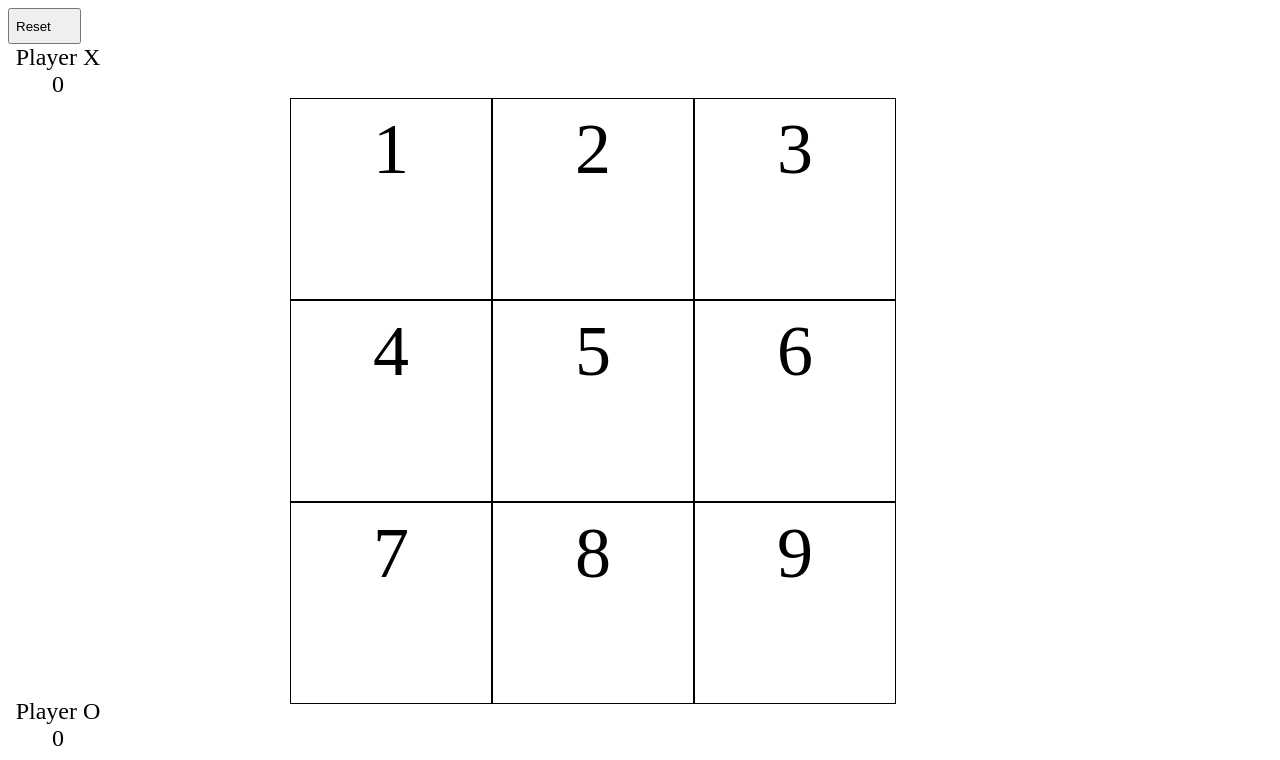
Repository: woodsdeshe/Tic-Tac-Toe
Page: index.html
An editor plug-in stored every save of this project. The page is shown before and after a run of saves, followed by the edit.
The browser window is 1280 px wide. The pictures show the whole page.

Above is the page before, as saved 2023-03-29 14:34:01.
Console error: SyntaxError: Unexpected token '}'

After the next 5 saves:
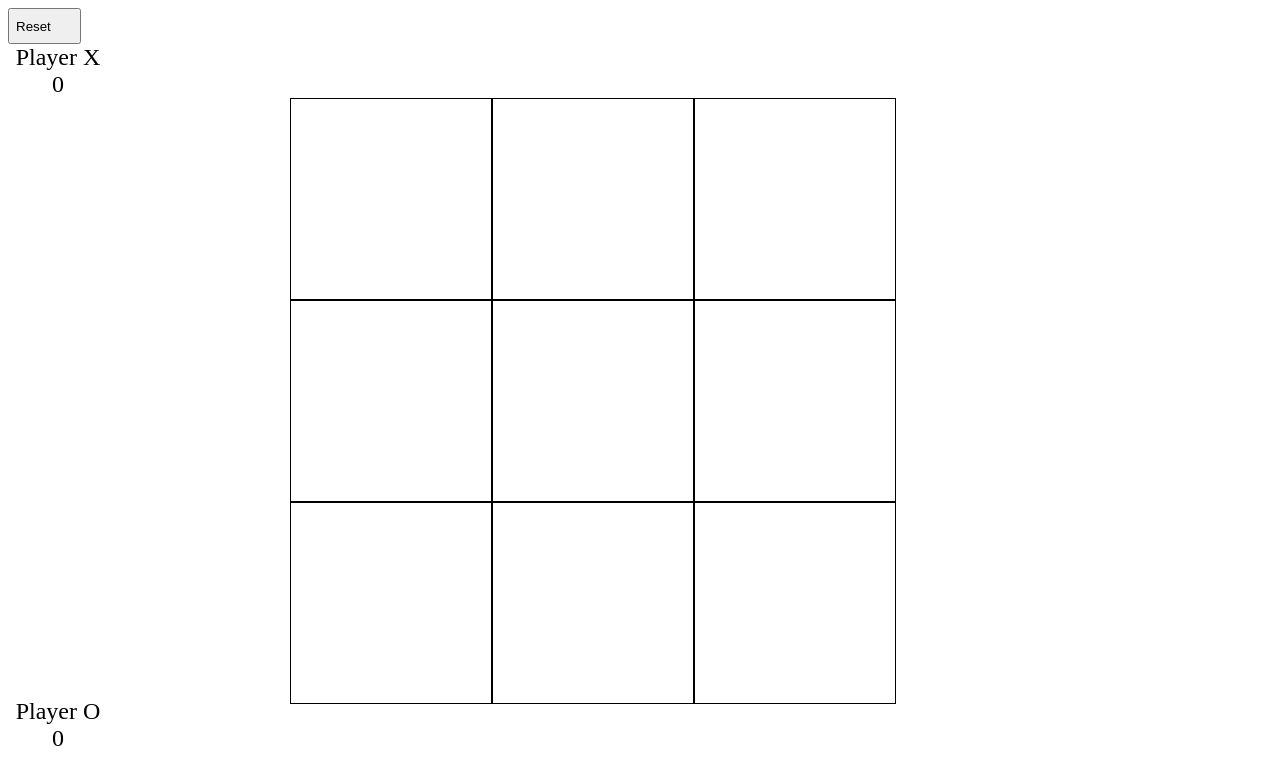
The 5 saves are shown as one change because they came seconds apart.
The last was saved 13 s later.
--- a/index.html
+++ b/index.html
@@ -18,15 +18,15 @@
             <div class="score-x">0</div>
           </div>
         <div class="game-board">
-        <div class="tile square-1">1</div>
-        <div class="tile square-2">2</div>
-        <div class="tile square-3">3</div>
-        <div class="tile square-4">4</div>
-        <div class="tile square-5">5</div>
-        <div class="tile square-6">6</div>
-        <div class="tile square-7">7</div>
-        <div class="tile square-8">8</div>
-        <div class="tile square-9">9</div>
+        <div class="tile square-1"></div>
+        <div class="tile square-2"></div>
+        <div class="tile square-3"></div>
+        <div class="tile square-4"></div>
+        <div class="tile square-5"></div>
+        <div class="tile square-6"></div>
+        <div class="tile square-7"></div>
+        <div class="tile square-8"></div>
+        <div class="tile square-9"></div>
     </div>
     <div class="scoreboard">
         <div>Player O</div>
